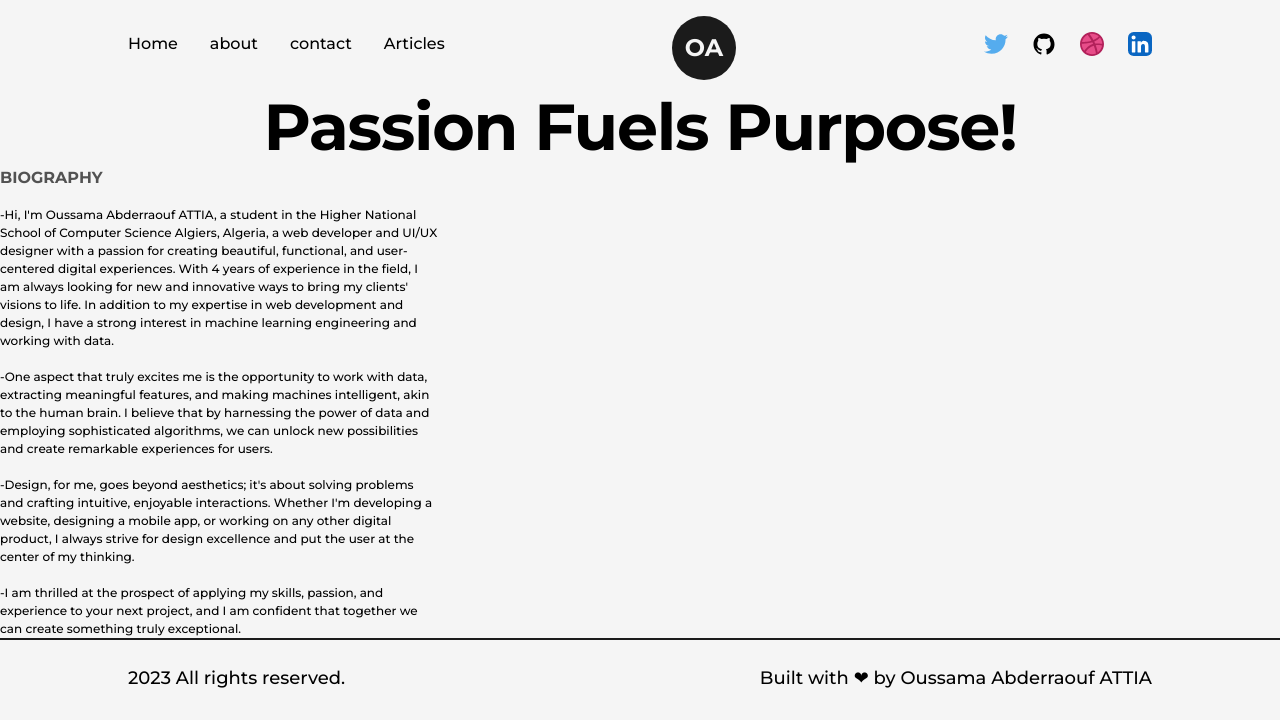
Repository: OussamaAbderraoufAttia/Next.js-Developer-Portfolio
Page: /About
An editor plug-in stored every save of this project. The page is shown before and after a run of saves, followed by the edit.
The browser window is 1280 px wide. The pictures show the whole page.
The project was rebuilt for these pictures with package versions that can differ from the ones it lists, and the page was loaded fresh each time. The framework's server and built-in components were replaced by stand-ins that run in the browser. Also part of the build but not shown: next.config.js, src/components/AnimatedText.js.

Above is the page before, as saved 2023-06-27 22:38:13.

### src/pages/_app.js
import Footer from '@/components/Footer'
import NavBar from '@/components/NavBar'
import '@/styles/globals.css'
import { Montserrat } from 'next/font/google'
import Head from 'next/head'


const montserrat = Montserrat({
  subsets: ['latin'],
  variable: "--font-mont"
})
export default function App({ Component, pageProps }) {
  return (
    <>
    <Head>
      <meta name="viewport" content="width=device-width, initial-scale=1" />
      <link rel="icon" href="/favicon.ico" />
    </Head>
    <main className={`${montserrat.variable} font-mont bg-light w-full min-h-screen`}>
      <NavBar />
      <Component {...pageProps} />
      <Footer />
    </main>
    </>
  )
}

### src/pages/About.js
import React from 'react';
import Head from 'next/head';
import AnimatedText from '@/components/AnimatedText';
import Layout from '@/components/Layout';

const about = () => {
  return (
    <>
        <Head>
            <title>OA | About Page</title>
            <meta name='description' content='About Oussama Abderraouf ATTIA' />
        </Head>
        <main className='flex w-full flex-col item-center justify-center'>
            <Layout className='pt-16'>
                <h1 className="text-center" style={{
                    fontSize: '65px',
                    fontWeight: 'bold',
                    lineHeight: '1.2',
                    letterSpacing: '-0.02em',
                }}>
                    Passion Fuels Purpose!
                </h1>
                <div className='grid w-full grid-cols-8 gap-16'>
                    <div className='col-span-3 flex flex-col items-start justify-start '>
                        <h2 className='mb-4 pd-52 text- font-bold uppercase text-dark/75'>
                            Biography
                        </h2>
                        <div  style={{fontSize: 12}}>
                        <p className='font-medium '>
                            -Hi, I'm Oussama Abderraouf ATTIA, a student in the Higher National School of Computer Science Algiers, Algeria, a web developer and UI/UX designer with a passion for creating beautiful, functional, and user-centered digital experiences. With 4 years of experience in the field, I am always looking for new and innovative ways to bring my clients' visions to life. In addition to my expertise in web development and design, I have a strong interest in machine learning engineering and working with data.
                        </p>
                        <br/>
                       <p className='font-medium '>
                            -One aspect that truly excites me is the opportunity to work with data, extracting meaningful features, and making machines intelligent, akin to the human brain. I believe that by harnessing the power of data and employing sophisticated algorithms, we can unlock new possibilities and create remarkable experiences for users.
                       </p>
                       <br/>
                       <p className='font-medium '>
                            -Design, for me, goes beyond aesthetics; it's about solving problems and crafting intuitive, enjoyable interactions. Whether I'm developing a website, designing a mobile app, or working on any other digital product, I always strive for design excellence and put the user at the center of my thinking.
                       </p>
                       <br/>
                       <p className='font-medium '>
                            -I am thrilled at the prospect of applying my skills, passion, and experience to your next project, and I am confident that together we can create something truly exceptional.
                       </p>
                        </div>

                    </div>

                </div>
            </Layout>
        </main>
    </>
  )
}

export default about;

### src/components/Footer.js
import React from 'react';
import Link from 'next/link';
import Layout from './Layout';

const Footer = () => {
  return (
    <div>
      <footer className='w-full border-t-2  border-solid  border-dark
      font-medium text-lg
      '>
        <Layout className=' py-6 flex items-center justify-between '>
        <span>
            2023 All rights reserved.
        </span>
        <div>
            <p  >
                Built with &#10084; by Oussama Abderraouf ATTIA
             </p>
        </div>

        </Layout>

      </footer>
    </div>
  )
}

export default Footer

### src/components/NavBar.js
import Link from "next/link";
import React from "react";
import { useRouter } from "next/router";
import Logo from "./Logo";
import   { TwitterIcon, DribbbleIcon, GithubIcon, LinkedInIcon, PinterestIcon } from "./Icons";
import { motion } from "framer-motion";

const CustomLink = ({ href, title, className="" }) => {
    const router = useRouter();
    return (
        <Link href={href} className= {`${className} relative group `}>
            {title }
            <span className={`h-[1px] inline-block bg-dark absolute left-0 bottom-0.5 group-hover:w-full
            transiion-[width] ease duration-300 ${router.asPath === href ? "w-full" : "w-0" }
            `}> &nbsp; </span>
        </Link>
    )
}


const NavBar = () => {
    return (
        <header className="w-full px-32 py-8 font-medium flex items-center justify-between">
            <nav>
                <CustomLink href="/"  title="Home" className="mr-4"/>
                <CustomLink href="/about" title="about" className="mx-4"/>
                <CustomLink href="/contact"  title="contact" className="mx-4"/>
                <CustomLink href="/Articles"  title="Articles" className="ml-4"/>
            </nav>

            <nav className="flex item-center justify-center flex-wrap">
                <motion.a href="https://twitter.com/oussamaattia245" target={"_blank"}
                whileHover={{ y:-5  }}
                whileTap={{ scale: 0.9 }}
                className="w-6 mx-3"
                >
                    <TwitterIcon />
                 </motion.a>
                <motion.a href="https://github.com/OussamaAbderraoufAttia" target={"_blank"}
                whileHover={{ y:-5  }} whileTap={{ scale: 0.9 }}
                className="w-6 mx-3"
                > <GithubIcon /> </motion.a>
                <motion.a href="https://dribbble.com/JohnLoyd" target={"_blank"}
                whileHover={{ y:-5  }} whileTap={{ scale: 0.9 }}
                className="w-6 mx-3"
                > <DribbbleIcon /> </motion.a>
                <motion.a href="https://www.linkedin.com/in/oussama-abderraouf-attia-494b32225/" target={"_blank"}
                whileHover={{ y:-5  }} whileTap={{ scale: 0.9 }}
                className="w-6 ml-3"
                > <LinkedInIcon /> </motion.a>

            </nav>
            <div className="absolute left-[50%] top-2    translate-x-[50%]">
                 <Logo />
            </div>
        </header>
    )
}

export default NavBar;

### src/components/Layout.js
import React from 'react';

const Layout = ({ children, className = "" }) => {
  return (
    <div className={`  w-full h-full inline-block z-0 bg-light p-32${className}`}>
      {children}
    </div>
  );
};

export default Layout;

### src/components/Logo.js
import React from "react";
import Link from "next/link";
import { motion } from "framer-motion";



const MotionLink = motion(Link);
const Logo = () => {
  return (
    <div className="flex items-center justify-center mt-2">
      <MotionLink
        href="/"
        className="w-16 h-16 bg-dark text-light flex items-center justify-center rounded-full font-bold text-2xl"
        whileHover={{
            backgroundColor:["#121212", "rgba(131,58,180,1)","rgba(253,29,29,1)","rgba(252,176,69,1)","rgba(131,58,180,1)", "#121212"],
          transition: {
            duration: 1,
            repeat: Infinity,
          },
        }}
      >
        OA
      </MotionLink>
    </div>
  );
};

export default Logo;

### tailwind.config.js
/** @type {import('tailwindcss').Config} */
const {fontFamily} = require('tailwindcss/defaultTheme')

module.exports = {
  content: [
    // Or if using `src` directory:
    "./src/**/*.{js,ts,jsx,tsx,mdx}",
  ],
  theme: {
    extend: {
      fontFamily: {
        mont: ['var(--font-mont)', 'sans-serif'],
      },
        colors: {
          dark: "#1b1b1b",
          light: "#f5f5f5",
          primary: "#B63E96", // 240,86,199
          primaryDark: "#58E6D9", // 80,230,217
      },
      animation: {
        'spin-slow': 'spin 8s linear infinite',
      },
    },
  },
  plugins: [],
}

Loaded but not shown: src/pages/_document.js (common file); src/styles/globals.css (common file); src/components/Icons.js (484 lines, source omitted)

After the next 2 saves:
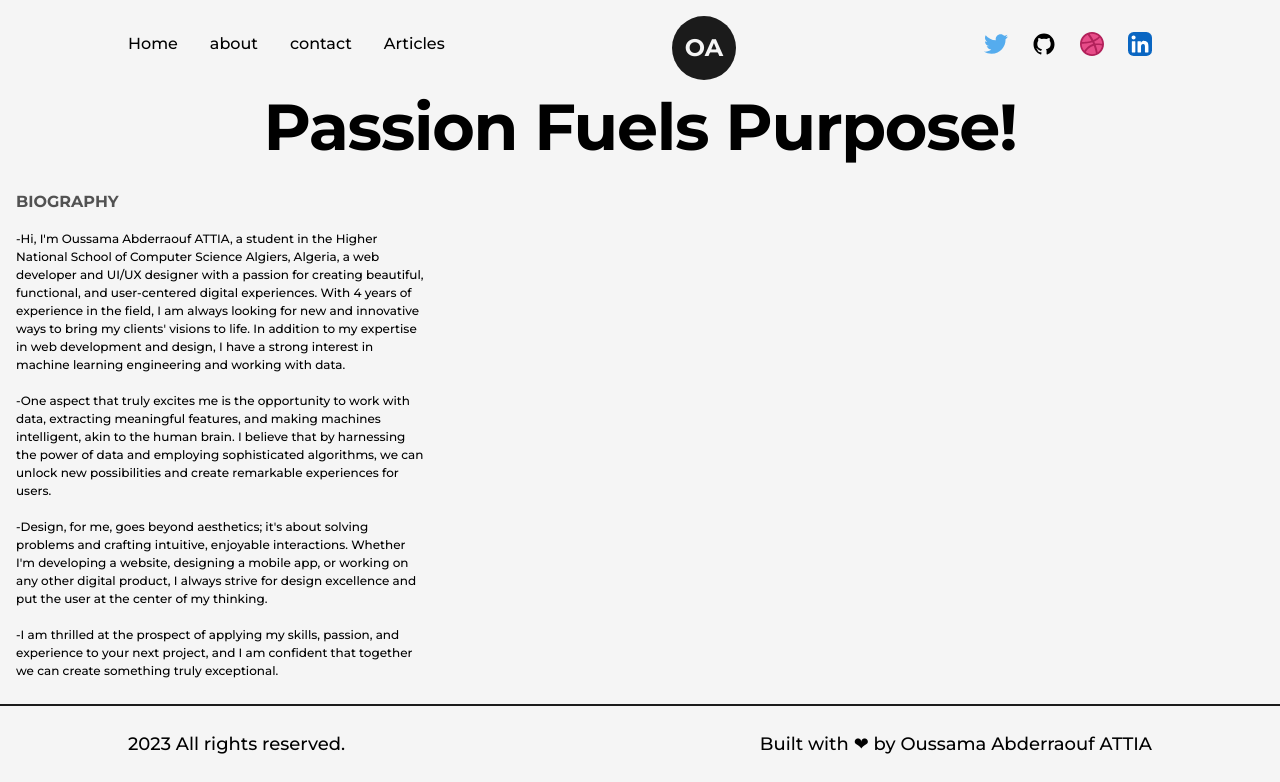
The 2 saves are shown as one change because they came seconds apart.
The last was saved 71 s later.
--- a/src/pages/About.js
+++ b/src/pages/About.js
@@ -21,8 +21,8 @@
                     Passion Fuels Purpose!
                 </h1>
                 <div className='grid w-full grid-cols-8 gap-16'>
-                    <div className='col-span-3 flex flex-col items-start justify-start '>
-                        <h2 className='mb-4 pd-52 text- font-bold uppercase text-dark/75'>
+                    <div className='col-span-3 flex flex-col items-start justify-start px-4 py-6'>
+                        <h2 className='mb-4  text- font-bold uppercase text-dark/75'>
                             Biography
                         </h2>
                         <div  style={{fontSize: 12}}>
